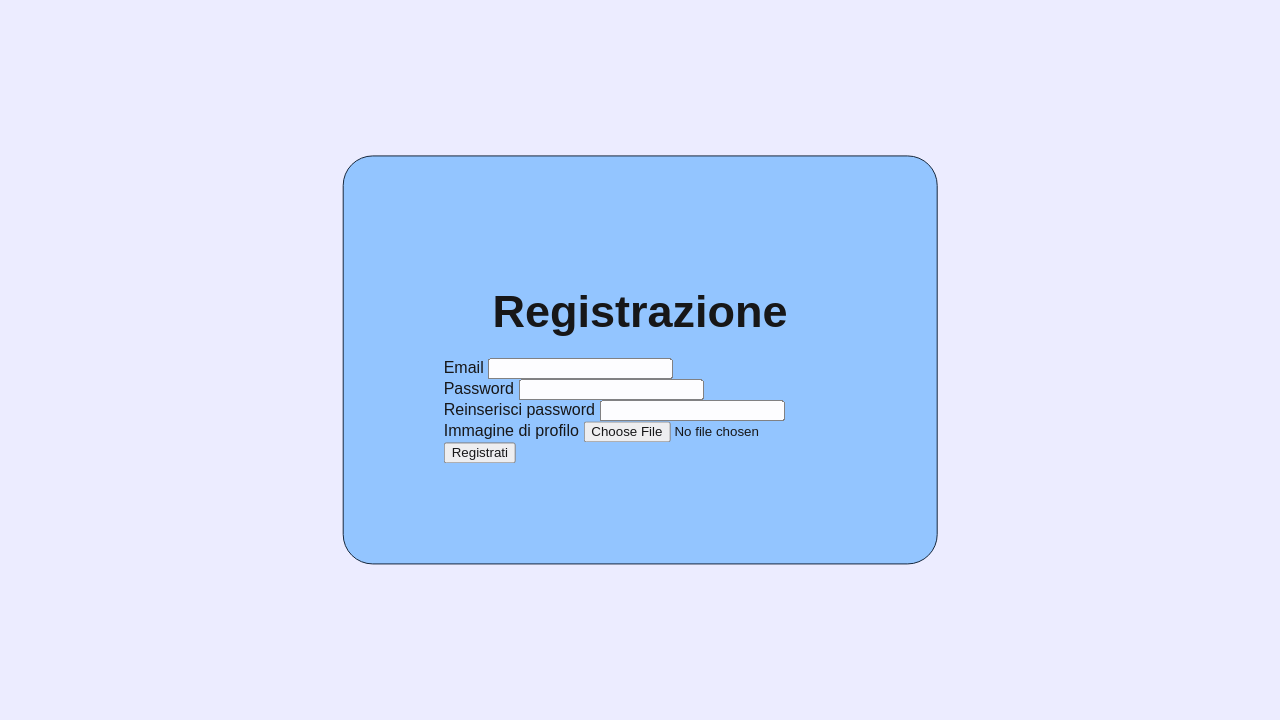
Repository: GabrielCellammare/WebApplication-SA-CyberSecurity
Page: http://localhost/WebProject-CellammareGabriel_ApplicationSecurity_/userLogged/registration.jsp
These files come from the project's save history. The page is drawn as it stood at one moment and after the next save; the edit follows.
The browser window is 1280 px wide. The pictures show the whole page.
The page is served by Tomcat 9. Nobody is signed in. The application's start-up code is not run.

Above is the page before, as saved 2024-01-14 17:58:23.

After the next save:
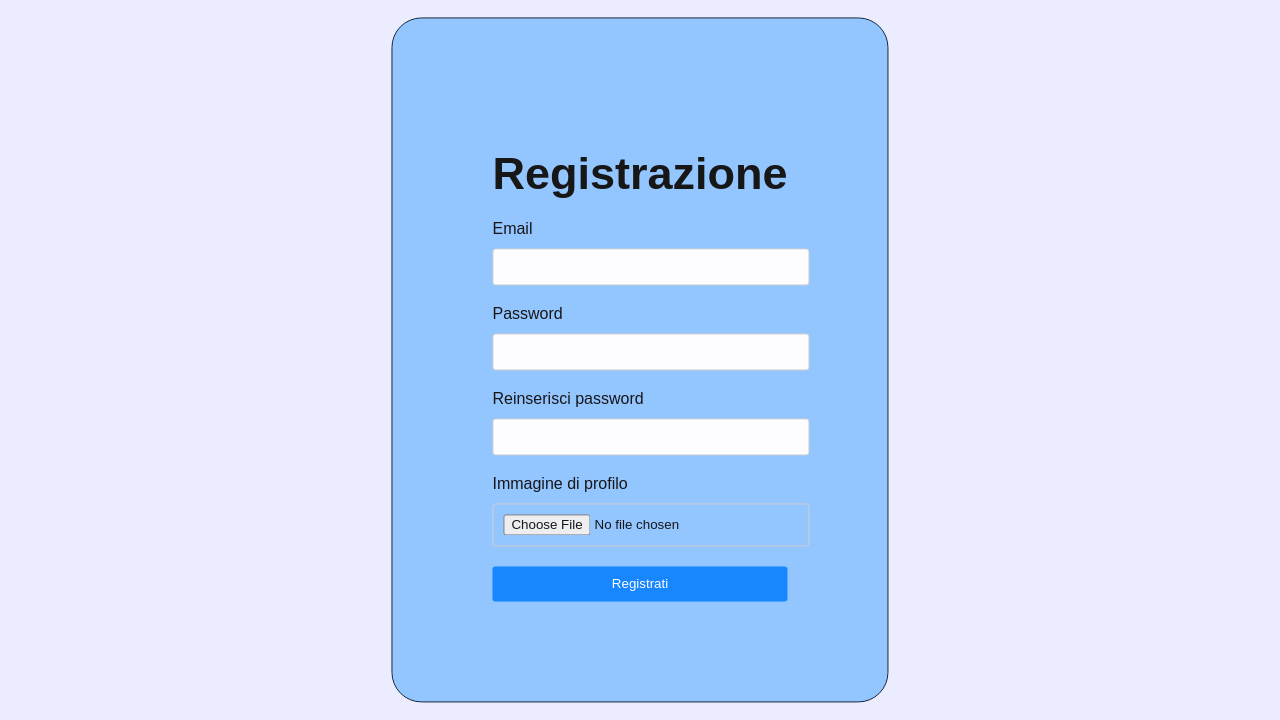
Saved 8 s later.
--- a/WebProject-CellammareGabriel(ApplicationSecurity)/WebContent/userLogged/registration.jsp
+++ b/WebProject-CellammareGabriel(ApplicationSecurity)/WebContent/userLogged/registration.jsp
@@ -5,7 +5,7 @@
     <head>
         <title>Registrazione</title>
          <style>
-         	<%@include file="/WEB-INF/css/style.css"%>
+         	<%@include file="/WEB-INF/css/styleRegistration.css"%>
          </style>
     </head>
     <body>
